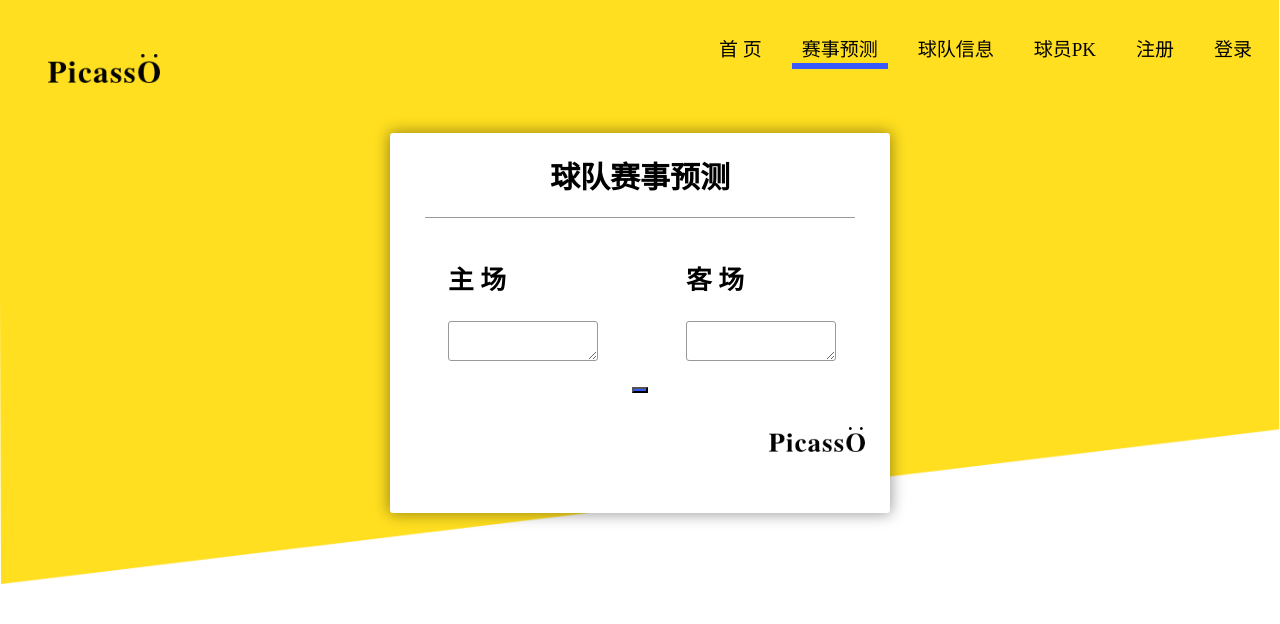
Repository: cciixx/nba-prediction-sys
Page: public/predict.html
These files come from the project's save history. The page is drawn as it stood at one moment and after the next save; the edit follows.
The browser window is 1280 px wide. The pictures show the whole page.

Above is the page before, as saved 2020-03-25 10:30:30.

### public/predict.html
<!doctype html>
<html>
<head>
<meta charset="utf-8">
<title>NBA预测系统-赛事预测</title>
    <link  href="css/navl.css" rel="stylesheet" type="text/css">
    <link  href="css/predict.css" rel="stylesheet" type="text/css">
	<style>
		body{background-image: url(images/half_yellow.png);}
	</style>
</head>

<body>
    <div class="header">
        <ul class='navl'style="background-color: blueviolet;">
            <li><a href="login.html">登录</a></li>
            <li><a href="register.html">注册</a></li>
            <li><a href="PK_index.html">球员PK</a></li>
            <li><a href="team.html">球队信息</a></li>
            <li style="border-bottom: 6px solid #3a59fd;"><a href="predict.html">赛事预测</a></li>
            <li><a href="first.html">首 页</a></li>
            <img src="images/logo.png">
        </ul>
    </div>

    <div class="wrapper">
        <div class="bg">
            <h2 style="font-size: 30px;">球队赛事预测</h2>
            <div style="overflow: hidden;">
                <div class='box'><h3>主 场</h3><p id="home_p"></p><textarea id="home_n"></textarea></div>
                <div class='box'><h3>客 场</h3><p id="away_p"></p><textarea id="away_n"></textarea></div>
            </div>
            <div style="text-align: center;"><button class="btn" type="submit" id="pred" value="预 测"></div>
            <img src="images/logo.png">
        </div>
    </div>

</body>
</html>

### public/css/navl.css
/* CSS Document */
body{
	background-repeat: no-repeat;
	background-position: top;
	background-size: 100%, 100%;
	background-attachment: fixed;
}
.header{
    overflow: hidden;
}
.btn{
	background: #3a59fd;
	font-family: '方正小标宋简体';
	color: white;
}
.navl ul{
	margin: 30px;
	width: 600px;
	height: 300px;
	color: #030303;
	position: absolute;
	top: 10px;
}
.navl li{
		height: 29px;
		width: fit-content;
		margin: 10px;
		list-style: none;
		float: right;
}
.navl img{
	float: left;
	height: 29px;
}
.navl a{
	margin: 0px 10px;
	color:#030303;
	text-align: left;
	text-decoration: none;
	font-size: 19px;
}
.wrapper{
    width: 100%;
}

### public/css/predict.css
/* CSS Document */
.bg{
	width: 500px;
	height: 380px;
	margin: 50px auto;
	font-size: 26px;
	background: white;
	border: 0 none;
    border-radius: 3px;
    box-shadow: 0 0 15px 1px rgba(0, 0, 0, 0.4);
    box-sizing: border-box;
}
.box{
    font-size: 22px;
    width: 40%;
    float: left;
    margin-left: 38px;
}
h2{
    text-align: center;
    border-bottom: 1px solid #999999;
    padding: 20px;
    margin: 35px;
    margin-bottom: 15px;
}
h3{
    margin-left: 20px;
}
textarea {
    font-size: 20px;
	height:40px;
	width:150px;
	margin-left:20px;
    border: 1px solid #999999;
    border-radius: 3px;
    box-sizing: border-box;
    color: #2C3E50;
}
input{
    font-size: 20px;
    width: 380px;
    height: 50px;
    text-align: center;
    margin-top: 25px;
}

img{
    height: 25px;
    float: right;
    margin-top: 30px;
    margin-right: 25px;
}

After the next save:
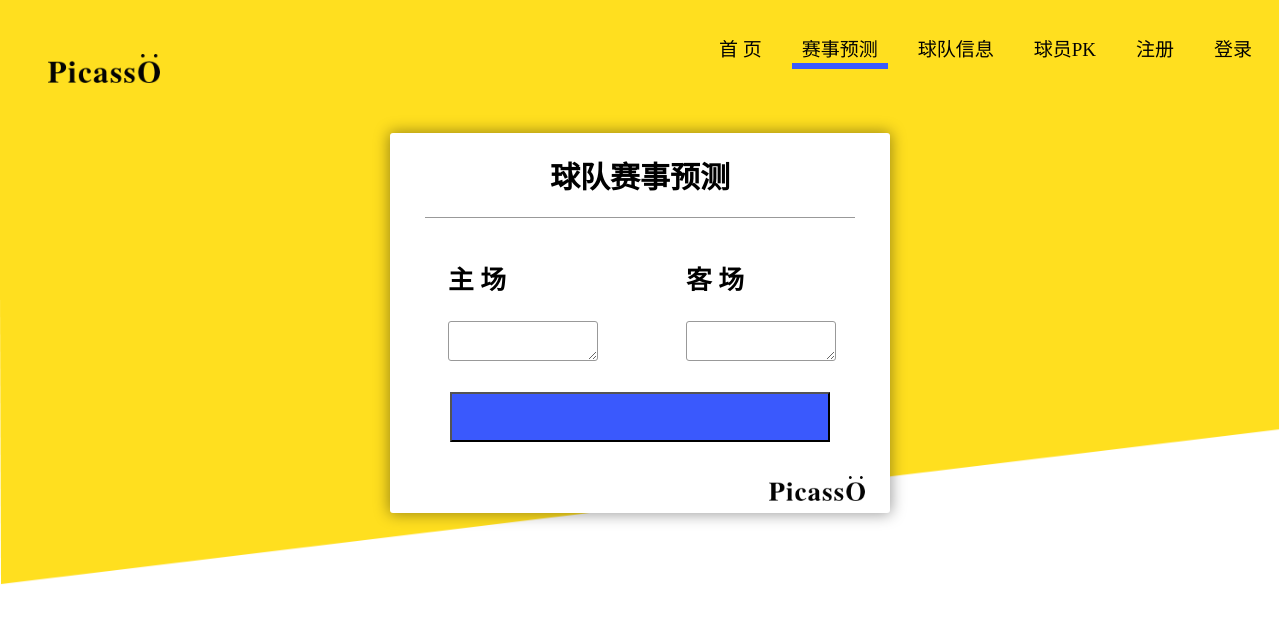
Saved 24 s later.
--- a/public/css/predict.css
+++ b/public/css/predict.css
@@ -36,7 +36,7 @@ textarea {
     box-sizing: border-box;
     color: #2C3E50;
 }
-input{
+button{
     font-size: 20px;
     width: 380px;
     height: 50px;
